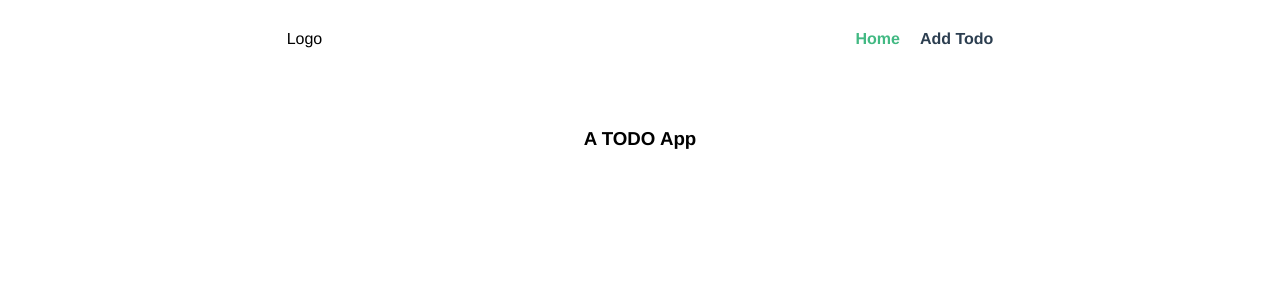
Repository: adisamicheal/academy-vuex-todo
Page: /
These files come from the project's save history. The page is drawn as it stood at one moment and after the next save; the edit follows.
The browser window is 1280 px wide. The pictures show the whole page.
The project was rebuilt for these pictures with package versions that can differ from the ones it lists, and the page was loaded fresh each time.

Above is the page before, as saved 2021-11-01 11:05:33.

After the next save:
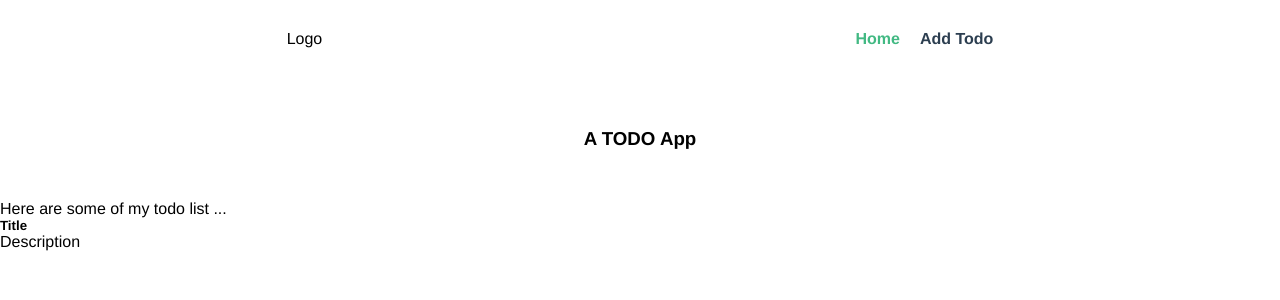
Saved 2 min 33 s later.
--- a/src/views/Home.vue
+++ b/src/views/Home.vue
@@ -1,6 +1,15 @@
 <template>
   <div class="home">
-    <h3>A TODO App</h3>
+    <div class="heading">
+      <h3>A TODO App</h3>
+      <p>Here are some of my todo list ...</p>
+    </div>
+    <div class="todo">
+      <div class="todo-card">
+        <h5 class="card-title">Title</h5>
+        <p class="card-description">Description</p>
+      </div>
+    </div>
   </div>
 </template>
 
